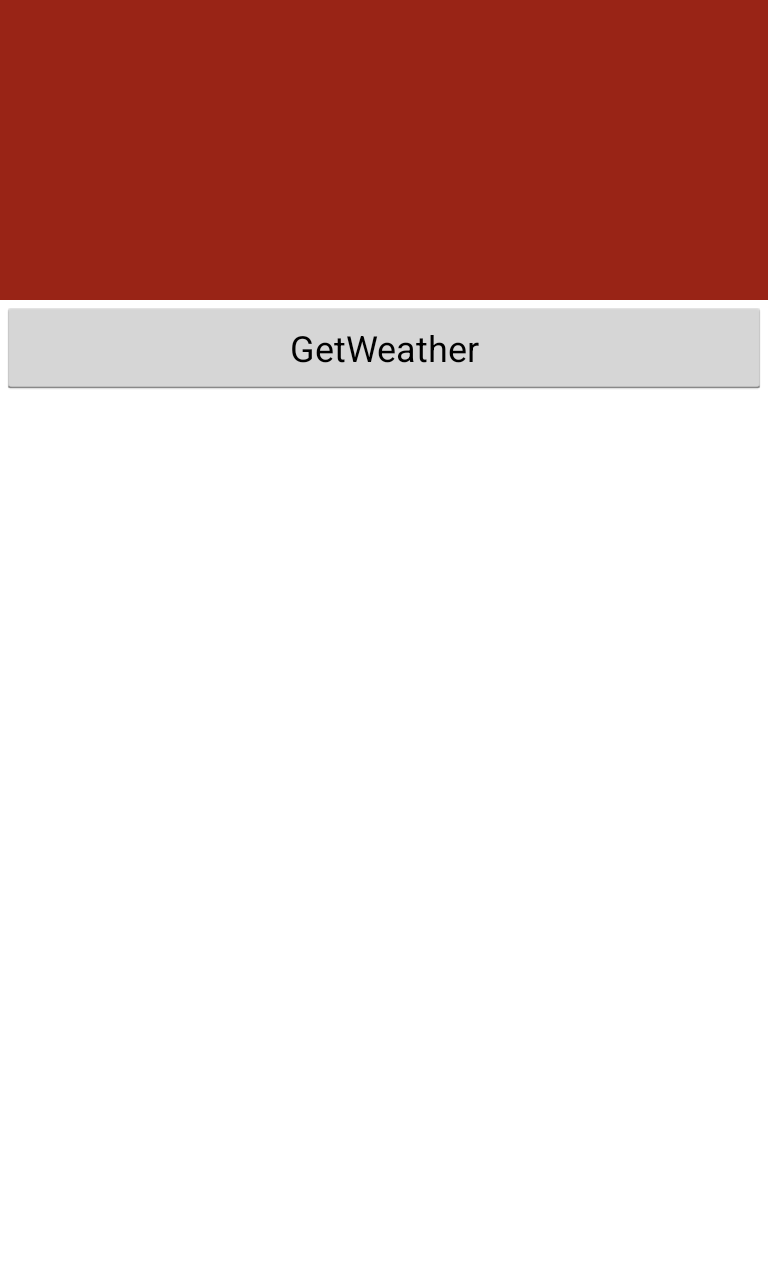
Repository: randhika/WeatherApp
Layout: WeatherApp/res/layout/home_fragment_layout.xml
The author's editor kept a copy of each file at every save. The layout is drawn from the files as they stood at one save, then again after the next save.
It is drawn on a 768 x 1280 px phone screen (xhdpi) without system bars, with theme AppTheme; the app's code is not run.

Above is the layout before, as saved 2014-04-27 18:53:56.

After the next save:
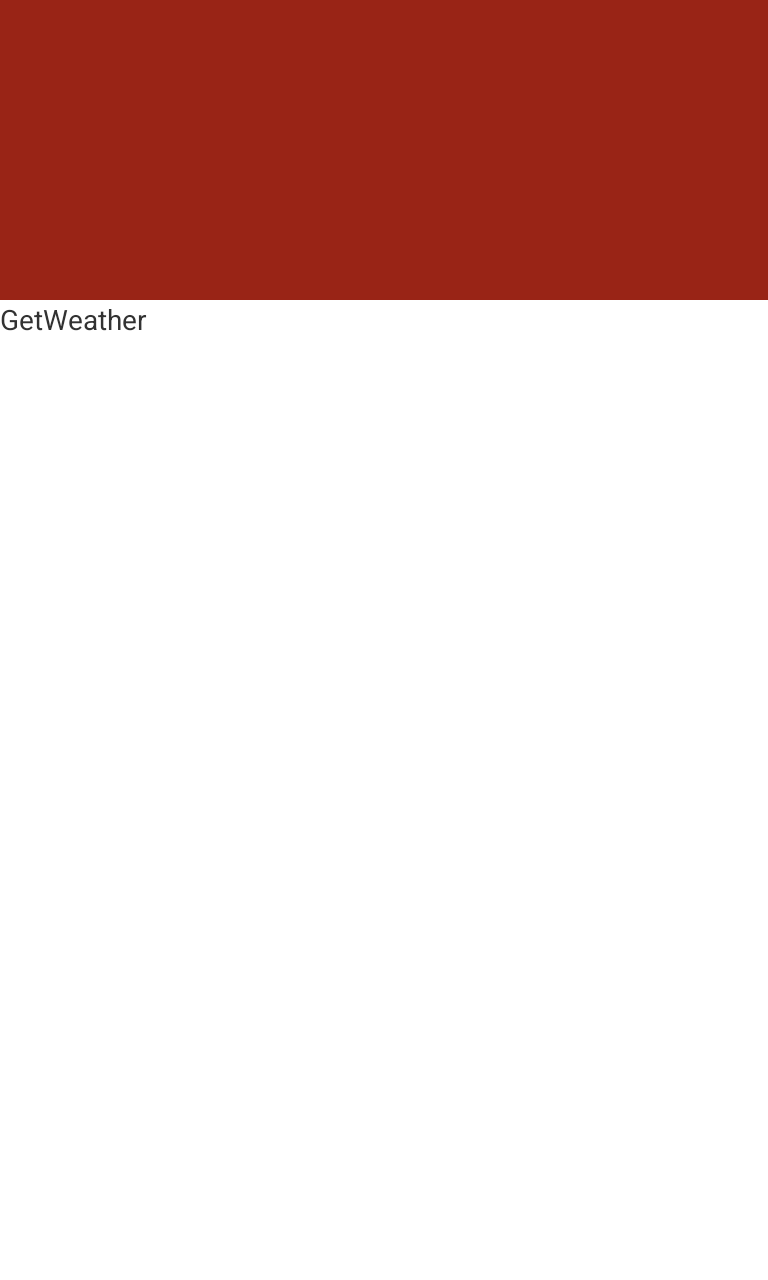
Saved 37 s later.
--- a/WeatherApp/res/layout/home_fragment_layout.xml
+++ b/WeatherApp/res/layout/home_fragment_layout.xml
@@ -44,7 +44,7 @@
             android:textSize="18sp" />
     </LinearLayout>
 
-    <Button
+    <TextView
         android:id="@+id/btn_get_weather"
         android:layout_width="match_parent"
         android:layout_height="48dp"
